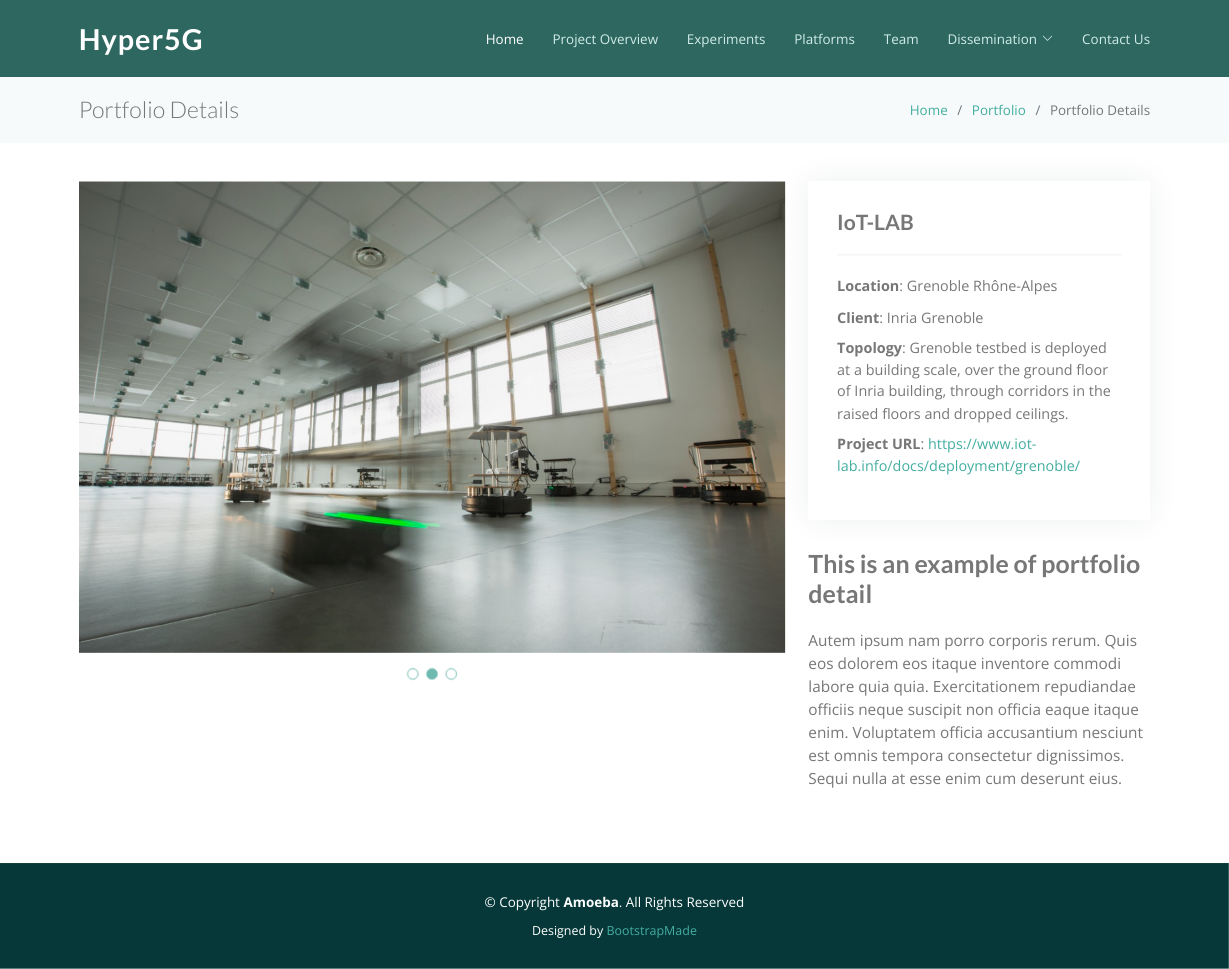
Repository: hakiri/Hyper5G
Page: portfolio-details.html
These files come from the project's save history. The page is drawn as it stood at one moment and after the next save; the edit follows.
The browser window is 1280 px wide. The pictures show the whole page, at 96% of full size.

Above is the page before, as saved 2022-07-23 15:28:21.

### portfolio-details.html
<!DOCTYPE html>
<html lang="en">

<head>
    <meta charset="utf-8">
    <meta content="width=device-width, initial-scale=1.0" name="viewport">

    <title>Hyper5G</title>
    <meta content="" name="description">
    <meta content="" name="keywords">

    <!-- Favicons -->
    <link href="assets/img/favicon.png" rel="icon">
    <link href="assets/img/apple-touch-icon.png" rel="apple-touch-icon">

    <!-- Google Fonts -->
    <link href="https://fonts.googleapis.com/css?family=Open+Sans:300,300i,400,400i,600,600i,700,700i|Lato:400,300,700,900" rel="stylesheet">

    <!-- Vendor CSS Files -->
    <link href="assets/vendor/bootstrap/css/bootstrap.min.css" rel="stylesheet">
    <link href="assets/vendor/bootstrap-icons/bootstrap-icons.css" rel="stylesheet">
    <link href="assets/vendor/glightbox/css/glightbox.min.css" rel="stylesheet">
    <link href="assets/vendor/swiper/swiper-bundle.min.css" rel="stylesheet">

    <!-- Template Main CSS File -->
    <link href="assets/css/style.css" rel="stylesheet">

    <!-- =======================================================
  * Template Name: Amoeba - v4.7.0
  * Template URL: https://bootstrapmade.com/free-one-page-bootstrap-template-amoeba/
  * Author: BootstrapMade.com
  * License: https://bootstrapmade.com/license/
  ======================================================== -->
</head>

<body>

    <!-- ======= Header ======= -->
    <header id="header" class="fixed-top d-flex align-items-center">
        <div class="container d-flex align-items-center">

            <div class="logo me-auto">
                <h1><a href="index.html">Hyper5G</a></h1>
                <!-- Uncomment below if you prefer to use an image logo -->
                <!-- <a href="index.html"><img src="assets/img/logo.png" alt="" class="img-fluid"></a>-->
            </div>

            <nav id="navbar" class="navbar">
                <ul>
                    <li><a class="nav-link scrollto active" href="#hero">Home</a></li>
                    <li><a class="nav-link scrollto" href="#about">Project Overview</a></li>
                    <li><a class="nav-link scrollto" href="#services">Experiments</a></li>
                    <li><a class="nav-link scrollto" href="#portfolio">Platforms</a></li>
                    <li><a class="nav-link scrollto" href="#team">Team</a></li>
                    <li class="dropdown"><a href="#"><span>Dissemination</span> <i class="bi bi-chevron-down"></i></a>
                        <ul>
                            <li><a href="#">Delivrables</a></li>
                            <!-- <li class="dropdown"><a href="#"><span>Deep Drop Down</span> <i class="bi bi-chevron-right"></i></a>
                                <ul>
                                    <li><a href="#">Deep Drop Down 1</a></li>
                                    <li><a href="#">Deep Drop Down 2</a></li>
                                    <li><a href="#">Deep Drop Down 3</a></li>
                                    <li><a href="#">Deep Drop Down 4</a></li>
                                    <li><a href="#">Deep Drop Down 5</a></li>
                                </ul>
                            </li> -->
                            <li><a href="#">Publications</a></li>
                            <li><a href="#">Multimedia</a></li>
                            <li><a href="#">Outreach</a></li>
                        </ul>
                    </li>
                    <li><a class="nav-link scrollto" href="#contact">Contact Us</a></li>
                </ul>
                <i class="bi bi-list mobile-nav-toggle"></i>
            </nav>
            <!-- .navbar -->

        </div>
    </header>
    <!-- End #header -->

    <main id="main">

        <!-- ======= Breadcrumbs ======= -->
        <section class="breadcrumbs">
            <div class="container">

                <div class="d-flex justify-content-between align-items-center">
                    <h2>Portfolio Details</h2>
                    <ol>
                        <li><a href="index.html">Home</a></li>
                        <li><a href="portfolio.html">Portfolio</a></li>
                        <li>Portfolio Details</li>
                    </ol>
                </div>

            </div>
        </section>
        <!-- Breadcrumbs -->

        <!-- ======= Portfolio Details Section ======= -->
        <section id="portfolio-details" class="portfolio-details">
            <div class="container">

                <div class="row gy-4">

                    <div class="col-lg-8">
                        <div class="portfolio-details-slider swiper">
                            <div class="swiper-wrapper align-items-center">

                                <div class="swiper-slide">
                                    <img src="assets/img/portfolio/fit-Grenoble.jpg" alt="">
                                </div>

                                <div class="swiper-slide">
                                    <img src="assets/img/portfolio/fit-lille-3.jpg" alt="">
                                </div>

                                <div class="swiper-slide">
                                    <img src="assets/img/portfolio/fit-rob-strasb.jpg" alt="">
                                </div>

                            </div>
                            <div class="swiper-pagination"></div>
                        </div>
                    </div>

                    <div class="col-lg-4">
                        <div class="portfolio-info">
                            <h3>IoT-LAB</h3>
                            <ul>
                                <li><strong>Location</strong>: Grenoble Rhône-Alpes</li>
                                <li><strong>Client</strong>: Inria Grenoble</li>
                                <li><strong>Topology</strong>: Grenoble testbed is deployed at a building scale, over the ground floor of Inria building, through corridors in the raised floors and dropped ceilings.
                                </li>
                                <li><strong>Project URL</strong>: <a href="#">https://www.iot-lab.info/docs/deployment/grenoble/</a></li>
                            </ul>
                        </div>
                        <div class="portfolio-description">
                            <h2>This is an example of portfolio detail</h2>
                            <p>
                                Autem ipsum nam porro corporis rerum. Quis eos dolorem eos itaque inventore commodi labore quia quia. Exercitationem repudiandae officiis neque suscipit non officia eaque itaque enim. Voluptatem officia accusantium nesciunt est omnis tempora consectetur
                                dignissimos. Sequi nulla at esse enim cum deserunt eius.
                            </p>
                        </div>
                    </div>

                </div>

            </div>
        </section>
        <!-- End Portfolio Details Section -->

    </main>
    <!-- End #main -->

    <!-- ======= Footer ======= -->
    <footer id="footer">
        <div class="container">
            <div class="copyright">
                &copy; Copyright <strong><span>Amoeba</span></strong>. All Rights Reserved
            </div>
            <div class="credits">
                <!-- All the links in the footer should remain intact. -->
                <!-- You can delete the links only if you purchased the pro version. -->
                <!-- Licensing information: https://bootstrapmade.com/license/ -->
                <!-- Purchase the pro version with working PHP/AJAX contact form: https://bootstrapmade.com/free-one-page-bootstrap-template-amoeba/ -->
                Designed by <a href="https://bootstrapmade.com/">BootstrapMade</a>
            </div>
        </div>
    </footer>
    <!-- End #footer -->

    <a href="#" class="back-to-top d-flex align-items-center justify-content-center"><i class="bi bi-arrow-up-short"></i></a>

    <!-- Vendor JS Files -->
    <script src="assets/vendor/bootstrap/js/bootstrap.bundle.min.js"></script>
    <script src="assets/vendor/glightbox/js/glightbox.min.js"></script>
    <script src="assets/vendor/isotope-layout/isotope.pkgd.min.js"></script>
    <script src="assets/vendor/swiper/swiper-bundle.min.js"></script>
    <script src="assets/vendor/php-email-form/validate.js"></script>

    <!-- Template Main JS File -->
    <script src="assets/js/main.js"></script>

</body>

</html>

Loaded but not shown: assets/vendor/bootstrap/css/bootstrap.min.css (library); assets/vendor/bootstrap-icons/bootstrap-icons.css (library); assets/vendor/glightbox/css/glightbox.min.css (library); assets/vendor/swiper/swiper-bundle.min.css (library); assets/vendor/bootstrap/js/bootstrap.bundle.min.js (library); assets/vendor/glightbox/js/glightbox.min.js (library); assets/vendor/isotope-layout/isotope.pkgd.min.js (library); assets/vendor/swiper/swiper-bundle.min.js (library); assets/vendor/php-email-form/validate.js (common file); assets/js/main.js (212 lines, source omitted); assets/css/style.css (906 lines, source omitted)

After the next save:
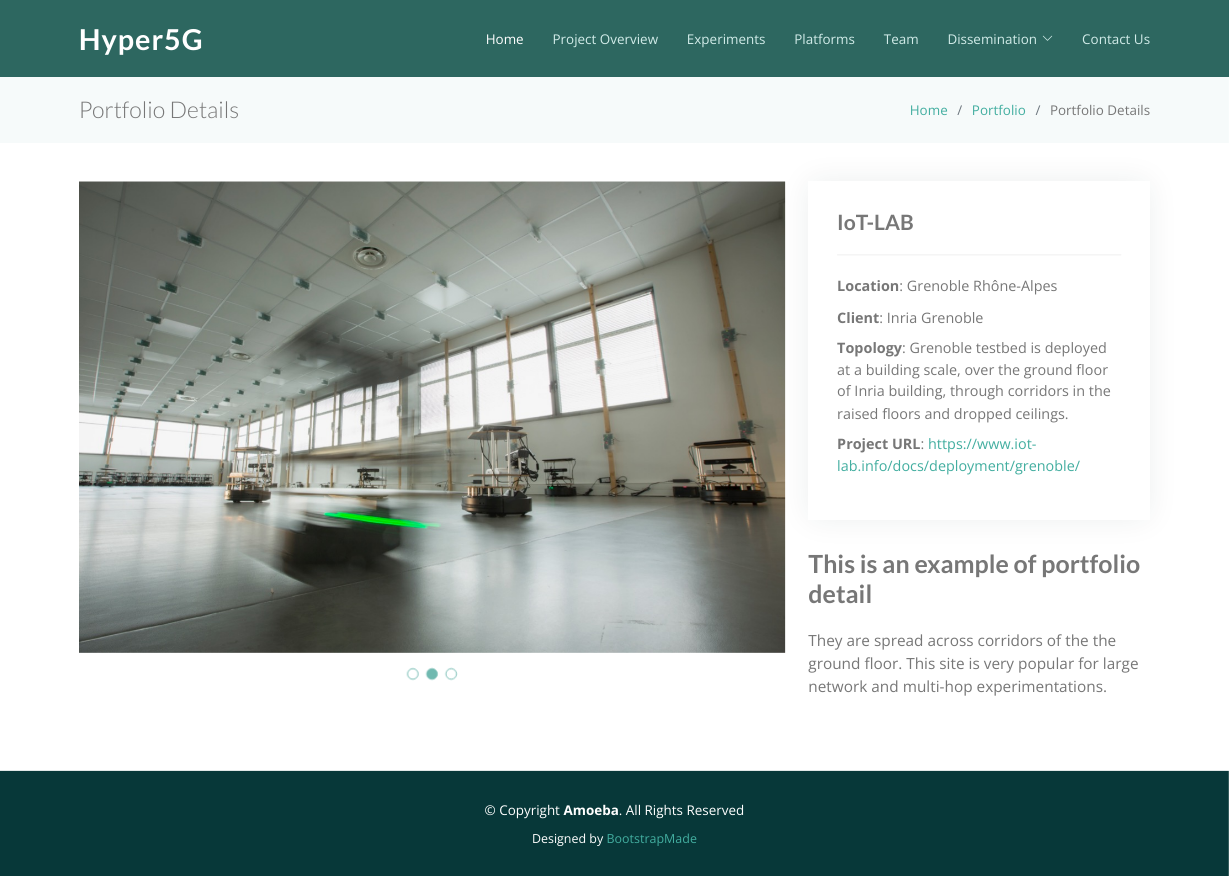
Saved 57 s later.
--- a/portfolio-details.html
+++ b/portfolio-details.html
@@ -139,8 +139,8 @@
                         <div class="portfolio-description">
                             <h2>This is an example of portfolio detail</h2>
                             <p>
-                                Autem ipsum nam porro corporis rerum. Quis eos dolorem eos itaque inventore commodi labore quia quia. Exercitationem repudiandae officiis neque suscipit non officia eaque itaque enim. Voluptatem officia accusantium nesciunt est omnis tempora consectetur
-                                dignissimos. Sequi nulla at esse enim cum deserunt eius.
+                                They are spread across corridors of the the ground floor. This site is very popular for large network and multi-hop experimentations.
+
                             </p>
                         </div>
                     </div>
